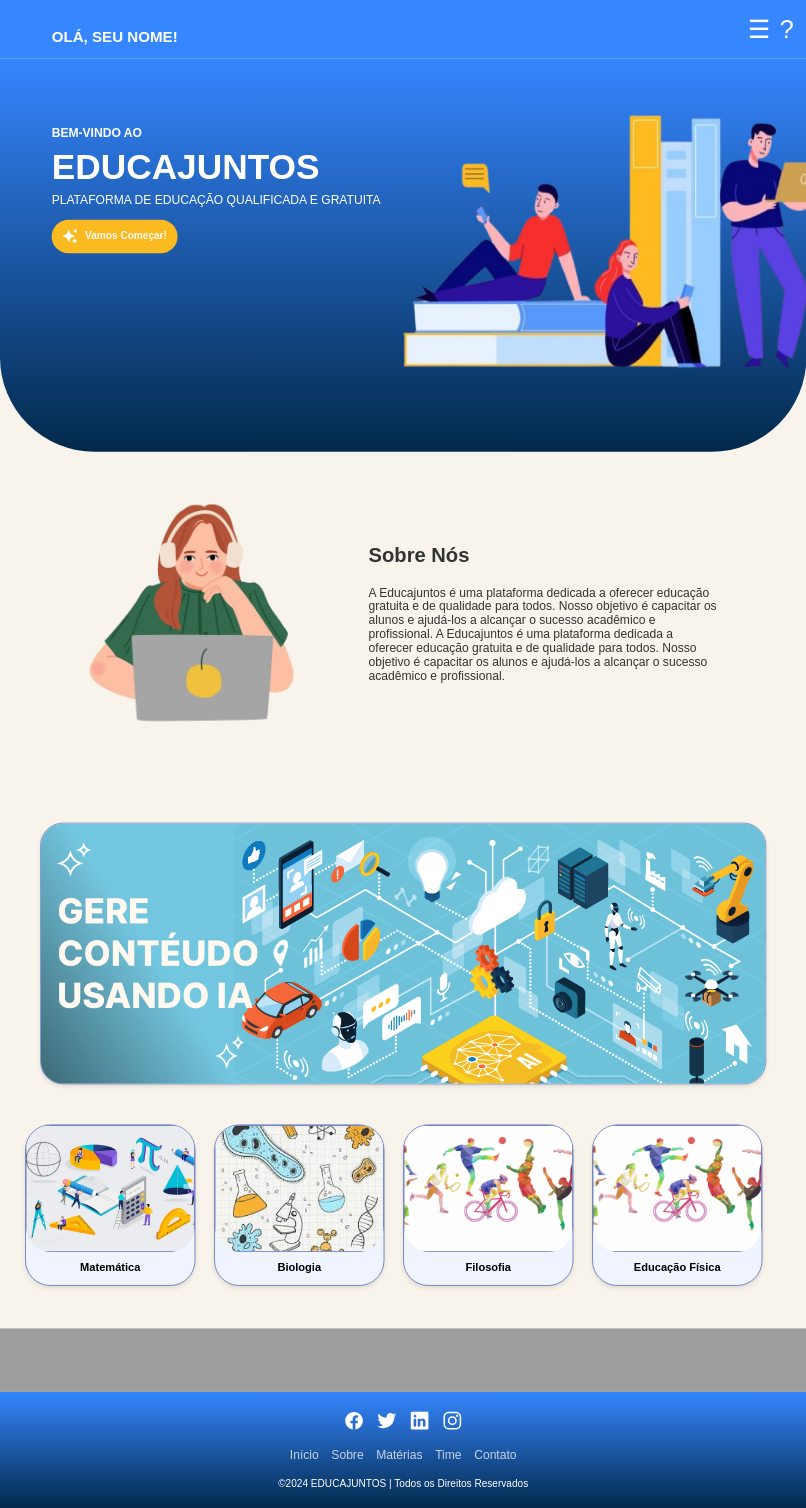
Repository: Matheus904-12/EDUCAJUNTOS
Page: inicio/index.html
The author's editor kept a copy of each file at every save. The page is drawn from the files as they stood at one save, then again after the next save.
The browser window is 1280 px wide. The pictures show the whole page, at 63% of full size.
Pictures or frames that could not be fetched are drawn as grey boxes.

Above is the page before, as saved 2024-10-28 21:13:58.

### inicio/index.html
<!DOCTYPE html>
<html lang="pt-BR">

<head>
    <meta charset="UTF-8">
    <meta name="viewport" content="width=device-width, initial-scale=1.0">
    <title>Educajuntos</title>
    <link rel="stylesheet" href="style.css">
</head>

<body>
    <header>
        <h1>OLÁ, SEU NOME!</h1>
        <nav>
            <button class="menu-btn">&#9776;</button>
            <button class="help-btn">?</button>
            <div class="dropdown-menu">
                <a href="#home">Início</a>
                <a href="#sobre">Sobre</a>
                <a href="#materias">Matérias</a>
                <a href="#time">Time</a>
                <a href="#contato">Contato</a>
                <a href="mailto:seuemail@gmail.com">Ajuda</a>
            </div>
        </nav>
    </header>

    <section class="hero">
        <h2>BEM-VINDO AO</h2>
        <h3>EDUCAJUNTOS</h3>
        <p>PLATAFORMA DE EDUCAÇÃO QUALIFICADA E GRATUITA</p>
        <button class="btn">
            <svg height="24" width="24" fill="#FFFFFF" viewBox="0 0 24 24" data-name="Layer 1" id="Layer_1"
                class="sparkle">
                <path
                    d="M10,21.236,6.755,14.745.264,11.5,6.755,8.255,10,1.764l3.245,6.491L19.736,11.5l-6.491,3.245ZM18,21l1.5,3L21,21l3-1.5L21,18l-1.5-3L18,18l-3,1.5ZM19.333,4.667,20.5,7l1.167-2.333L24,3.5,21.667,2.333,20.5,0,19.333,2.333,17,3.5Z">
                </path>
            </svg>

            <span class="text">Vamos Começar!</span>
        </button>
        <div class="hero-image">
            <img src="../image/1.png" alt="Imagem ilustrativa de pessoas estudando">
        </div>

    </section>


    <section class="about">
        <div class="about-content">
            <img src="../image/8.png" alt="Imagem ilustrativa" class="about-image">
            <div class="about-text">
                <h2>Sobre Nós</h2>
                <p>A Educajuntos é uma plataforma dedicada a oferecer educação gratuita e de qualidade para todos. Nosso
                    objetivo é capacitar os alunos e ajudá-los a alcançar o sucesso acadêmico e profissional.
                    A Educajuntos é uma plataforma dedicada a oferecer educação gratuita e de qualidade para todos. Nosso
                    objetivo é capacitar os alunos e ajudá-los a alcançar o sucesso acadêmico e profissional.</p>
            </div>
        </div>
    </section>
    <br>
    <br>
    <br>

    <main>

        <div class="category-card large">
            <img src="../image/7.png" alt="IA">
        </div>

        <section class="categories">
            <div class="category-card">
                <img src="../image/2.png" alt="Matemática">
                <p>Matemática</p>
                <br>
            </div>
            <div class="category-card">
                <img src="../image/3.png" alt="Biologia">
                <p>Biologia</p>
                <br>
            </div>
            <div class="category-card">
                <img src="../image/6.png" alt="Filosofia">
                <p>Filosofia</p>
                <br>
            </div>
            <div class="category-card">
                <img src="../image/6.png" alt="Educação Física">
                <p>Educação Física</p>
                <br>
            </div>
        </section>
    </main>

    <footer class="footer">
        <div class="waves">
            <div class="wave" id="wave1"></div>
            <div class="wave" id="wave2"></div>
            <div class="wave" id="wave3"></div>
            <div class="wave" id="wave4"></div>
        </div>
        <ul class="social-icon">
            <li class="social-icon__item"><a class="social-icon__link" href="#">
                    <ion-icon name="logo-facebook"></ion-icon>
                </a></li>
            <li class="social-icon__item"><a class="social-icon__link" href="#">
                    <ion-icon name="logo-twitter"></ion-icon>
                </a></li>
            <li class="social-icon__item"><a class="social-icon__link" href="#">
                    <ion-icon name="logo-linkedin"></ion-icon>
                </a></li>
            <li class="social-icon__item"><a class="social-icon__link" href="#">
                    <ion-icon name="logo-instagram"></ion-icon>
                </a></li>
        </ul>
        <ul class="menu">
            <li class="menu__item"><a class="menu__link" href="#">Início</a></li>
            <li class="menu__item"><a class="menu__link" href="#">Sobre</a></li>
            <li class="menu__item"><a class="menu__link" href="#">Matérias</a></li>
            <li class="menu__item"><a class="menu__link" href="#">Time</a></li>
            <li class="menu__item"><a class="menu__link" href="#">Contato</a></li>

        </ul>
        <p>&copy;2024 EDUCAJUNTOS | Todos os Direitos Reservados</p>
    </footer>
    <script type="module" src="https://unpkg.com/ionicons@5.5.2/dist/ionicons/ionicons.esm.js"></script>
    <script nomodule src="https://unpkg.com/ionicons@5.5.2/dist/ionicons/ionicons.js"></script>

    <script>
        // Redireciona para a tela de login ao clicar no botão "Vamos Começar"
        function goToLogin() {
            window.location.href = "tela-de-login.html"; // Substitua com o caminho correto da sua página de login
        }

        // Controla o dropdown do menu hamburguer
        document.addEventListener("DOMContentLoaded", function () {
            const menuBtn = document.querySelector(".menu-btn");
            const dropdownMenu = document.querySelector(".dropdown-menu");

            menuBtn.addEventListener("click", () => {
                // Alterna a visibilidade do menu dropdown
                if (dropdownMenu.style.display === "none" || dropdownMenu.style.display === "") {
                    dropdownMenu.style.display = "flex";
                    dropdownMenu.style.flexDirection = "column";
                    dropdownMenu.style.gap = "10px";
                } else {
                    dropdownMenu.style.display = "none";
                }
            });
        });
    </script>


</body>

</html>

### inicio/style.css
* {
    margin: 0;
    padding: 0;
    box-sizing: border-box;
    font-family: Arial, sans-serif;
}

body {
    background-color: #F8F4EB;
    color: #333;
}

header {
    background-color: #3586ff;
    color: #fff;
    padding: 20px;
    display: flex;
    justify-content: space-between;
    align-items: center;
}

header h1 {
    font-size: 1.5em;
    margin-left: 5%;
    margin-top: 2%;
}

nav {
    display: flex;
    gap: 15px;
}

.menu-btn,
.help-btn {
    background: none;
    border: none;
    color: #fff;
    font-size: 2.5em;
    cursor: pointer;
}

/* Hero Section with Rounded Bottom Borders and Centered Image */
.hero {
    background: linear-gradient(#3586ff, #02294b);
    color: #fff;
    padding: 45px 20px;
    border-bottom-left-radius: 150px;
    border-bottom-right-radius: 150px;
    position: relative;
    display: flex;
    flex-direction: column;
    align-items: flex-start;
    overflow: hidden;

}

.hero h2 {
    font-size: 1.2em;
    margin-bottom: 10px;
    font-weight: bold;
    margin-left: 5%;
    margin-top: 5%;
}

.hero h3 {
    font-size: 3.5em;
    margin-bottom: 10px;
    font-weight: bold;
    margin-left: 5%;
}

.hero p {
    font-size: 1.2em;
    margin-bottom: 20px;
    margin-left: 5%;
}

.hero-image {
    display: flex;
    margin-left: 45%;
    width: 782px;
    height: 580px;
    margin-top: -25%;
}

.hero-image img {
    width: 100%;
    height: auto;
    border-radius: 0 0 150px 150px;
}

/* Categories Section */
.categories {
    display: grid;
    grid-template-columns: repeat(4, 1fr);
    gap: 0px;
    padding: 40px;
}

.category-card {
    background-color: #F0F4FF;
    /* Cor de fundo suave */
    border: 1px solid #334EAC;
    /* Contorno azul */
    border-radius: 40px;
    text-align: center;
    box-shadow: 0px 4px 8px rgba(0, 0, 0, 0.1);
    width: 90%;
    height: 100%;

}

.category-card img {
    width: 100%;
    border-radius: 40px;
    margin-top: 0px;
}

.category-card p {
    margin-top: 10px;
    font-size: 1.1em;
    font-weight: bold;
    color: #000000;
}

/* Ajuste do card para o modo grande */
.category-card.large {
    grid-column: span 2;
    display: flex;
    justify-content: center;
    align-items: center;
    font-size: 1.5em;
    font-weight: bold;
    width: 100%;
    transform: scale(90%);
    border-radius: 40px;
}

/* From Uiverse.io by AlimurtuzaCodes */
.btn {
    border: none;
    width: 15em;
    height: 4em;
    border-radius: 3em;
    display: flex;
    justify-content: center;
    align-items: center;
    gap: 12px;
    background: #fbba20;
    cursor: pointer;
    transition: all 450ms ease-in-out;
    margin-left: 5%;
}

.sparkle {
    fill: #ffffff;
    transition: all 800ms ease;
}

.text {
    font-weight: 600;
    color: #f8f8f8;
    font-size: medium;
}

.btn:hover {
    background: linear-gradient(0deg, #cca152);
    box-shadow: inset 0px 1px 0px 0px rgba(255, 255, 255, 0.4),
        inset 0px -4px 0px 0px rgba(0, 0, 0, 0.2),
        0px 0px 0px 4px rgba(255, 255, 255, 0.2),
        0px 0px 180px 0px #334EAC;
    transform: translateY(-2px);
}

.btn:hover .text {
    color: white;
}

.btn:hover .sparkle {
    fill: white;
    transform: scale(1.2);
}

.footer {
    position: relative;
    width: 100%;
    background: linear-gradient(#3586ff, #02294b);
    min-height: 100px;
    padding: 20px 50px;
    display: flex;
    justify-content: center;
    align-items: center;
    flex-direction: column;
    margin-top: 10%;
}

.social-icon,
.menu {
    position: relative;
    display: flex;
    justify-content: center;
    align-items: center;
    margin: 10px 0;
    flex-wrap: wrap;
}

.social-icon__item,
.menu__item {
    list-style: none;
}

.social-icon__link {
    font-size: 2rem;
    color: #fff;
    margin: 0 10px;
    display: inline-block;
    transition: 0.5s;
}

.social-icon__link:hover {
    transform: translateY(-10px);
}

.menu__link {
    font-size: 1.2rem;
    color: #fff;
    margin: 0 10px;
    display: inline-block;
    transition: 0.5s;
    text-decoration: none;
    opacity: 0.75;
    font-weight: 300;
}

.menu__link:hover {
    opacity: 1;
}

.footer p {
    color: #fff;
    margin: 15px 0 10px 0;
    font-size: 1rem;
    font-weight: 300;
}

.wave {
    position: absolute;
    top: -100px;
    left: 0;
    width: 100%;
    height: 100px;
    background: url("https://i.ibb.co/wQZVxxk/wave.png");
    background-size: 1000px 100px;
}

.wave#wave1 {
    z-index: 1000;
    opacity: 1;
    bottom: 0;
    animation: animateWaves 4s linear infinite;
}

.wave#wave2 {
    z-index: 999;
    opacity: 0.5;
    bottom: 10px;
    animation: animate 4s linear infinite !important;
}

.wave#wave3 {
    z-index: 1000;
    opacity: 0.2;
    bottom: 15px;
    animation: animateWaves 3s linear infinite;
}

.wave#wave4 {
    z-index: 999;
    opacity: 0.7;
    bottom: 20px;
    animation: animate 3s linear infinite;
}

@keyframes animateWaves {
    0% {
        background-position-x: 1000px;
    }

    100% {
        background-positon-x: 0px;
    }
}

@keyframes animate {
    0% {
        background-position-x: -1000px;
    }

    100% {
        background-positon-x: 0px;
    }
}

/* Estilo para a seção Sobre Nós */
.about {
    display: flex;
    align-items: center;
    justify-content: center;
    padding: 60px;
}

.about-content {
    display: flex;
    align-items: center;
    gap: 20px;
}

.about-image {
    width: 350px;
    border-radius: 10px;
    margin-left: 75px;
}

.about-text h2 {
    font-size: 2em;
    margin-bottom: 10px;
    padding: 10px 80px;
}

.about-text p {
    font-size: 1.2em;
    color: #333;
    padding: 10px 80px;
}

/* Estilo do menu dropdown */
.dropdown-menu {
    display: none;
    position: absolute;
    top: 60px;
    right: 20px;
    background-color: #3586ff;
    padding: 10px;
    border-radius: 8px;
    box-shadow: 0 4px 8px rgba(0, 0, 0, 0.2);
    z-index: 100;
    flex-direction: column;
    gap: 10px;
}

.dropdown-menu a {
    color: white;
    text-decoration: none;
    padding: 8px;
    display: block;
    text-align: center;
    background-color: #02294b;
    border-radius: 4px;
    transition: background-color 0.3s;
}

.dropdown-menu a:hover {
    background-color: #1e4e8c;
}

/* Exibir menu dropdown ao clicar */
.menu-btn.active + .dropdown-menu {
    display: flex;
}

After the next save:
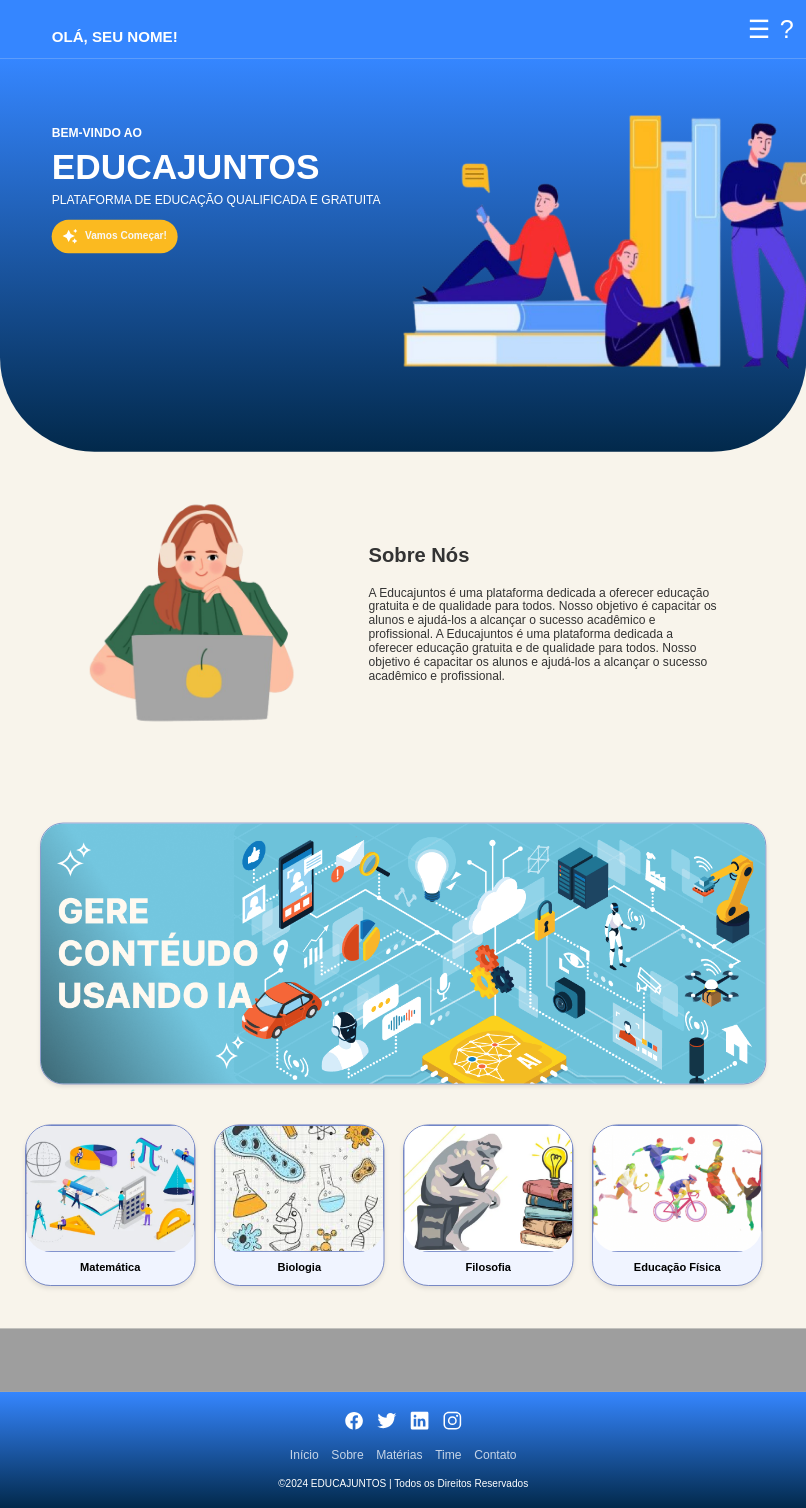
Saved 4 s later.
--- a/inicio/index.html
+++ b/inicio/index.html
@@ -80,7 +80,7 @@
                 <br>
             </div>
             <div class="category-card">
-                <img src="../image/6.png" alt="Filosofia">
+                <img src="../image/5.png" alt="Filosofia">
                 <p>Filosofia</p>
                 <br>
             </div>
